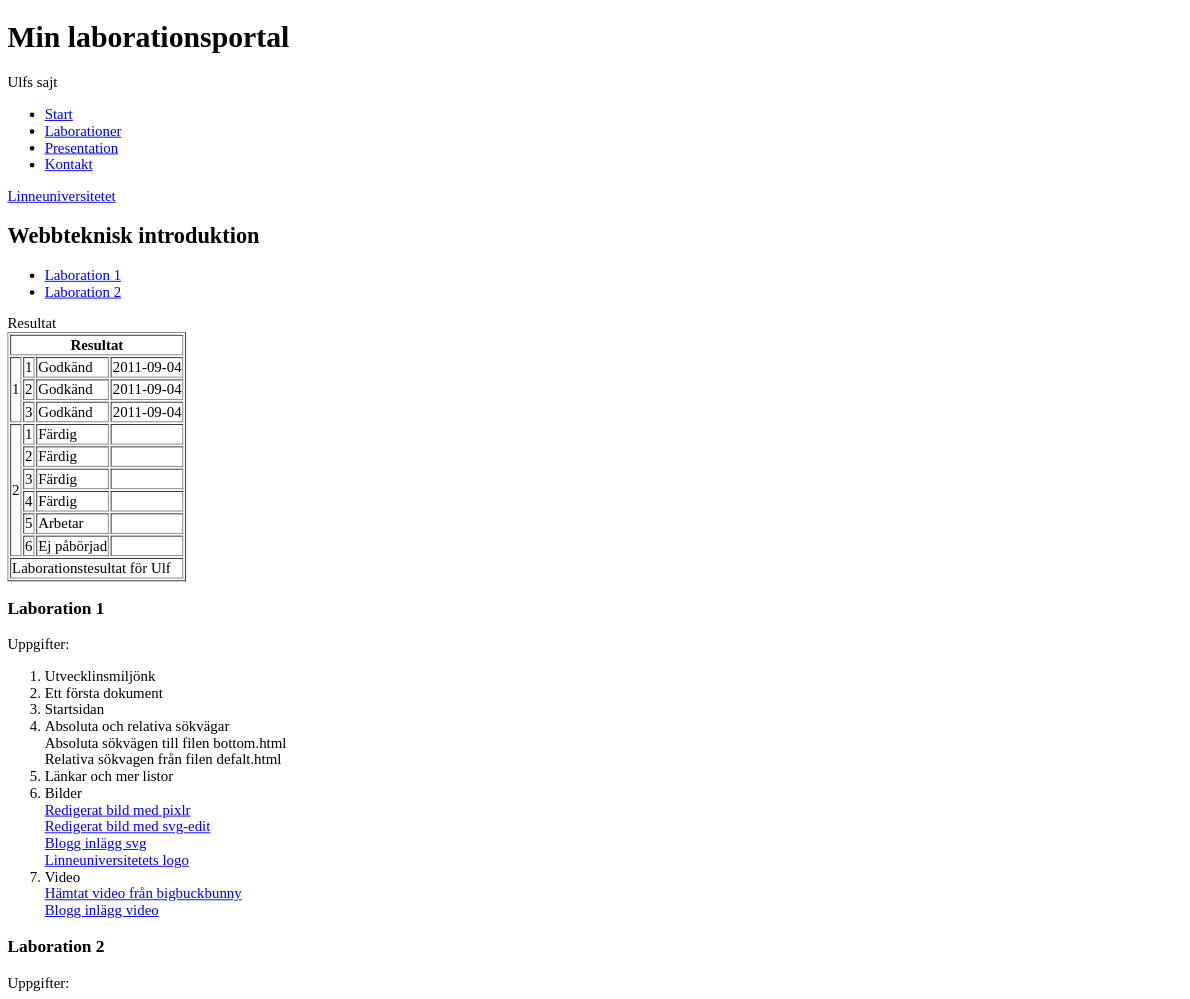
Repository: ulfek/laborationer
Page: pages/laborationer.html
The author's editor kept a record of every edit. The page is drawn from the files as they stood at one moment, then again after the next edit.
The browser window is 1280 px wide. The pictures show the whole page, at 93% of full size.

Above is the page before.

After the next edit:
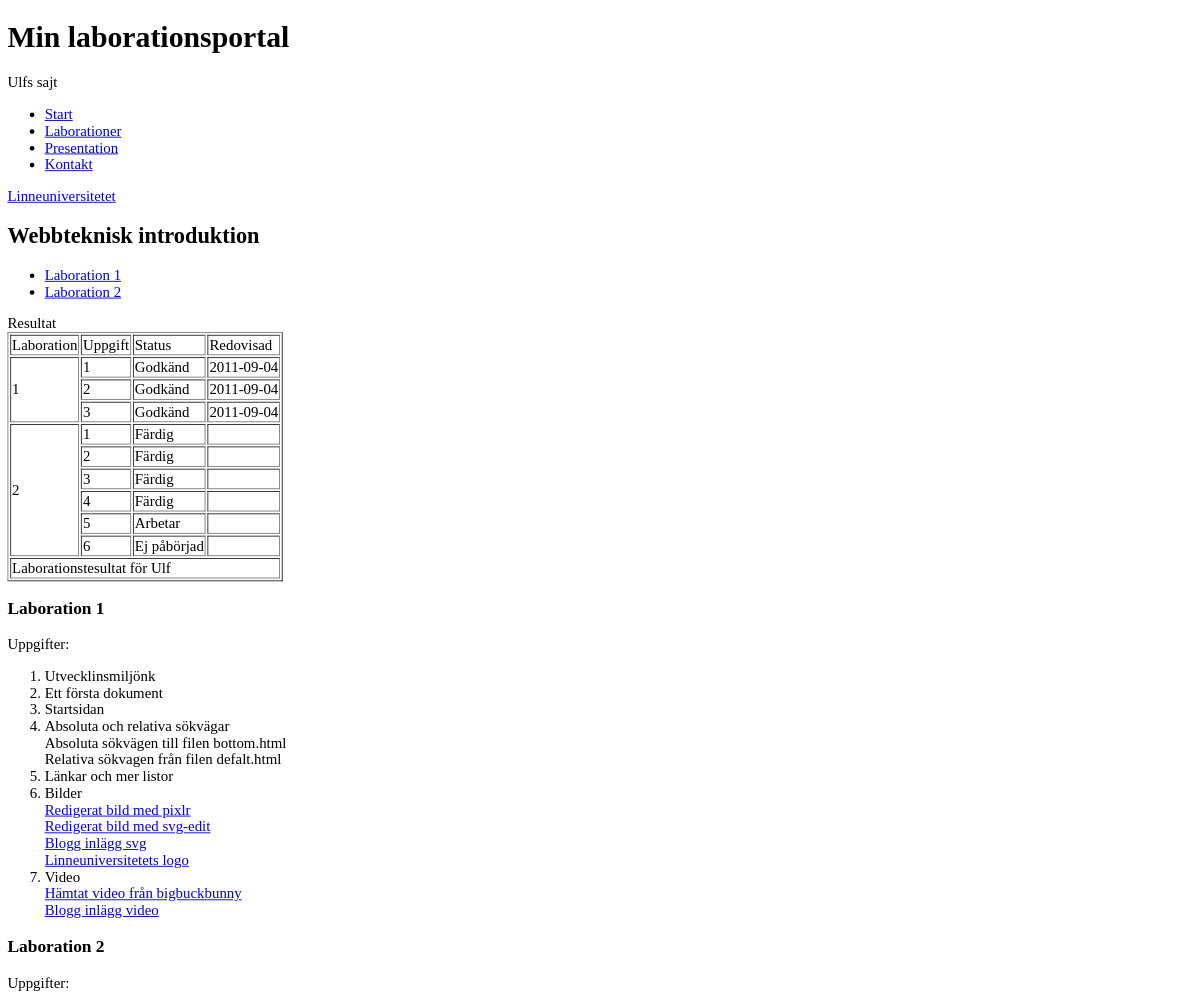
The edit:
--- a/pages/laborationer.html
+++ b/pages/laborationer.html
@@ -20,7 +20,7 @@
         </ul>
 
         <table border=1>Resultat
-            <thead><tr><th colspan=4>Resultat</th></tr></thead>
+            <thead><tr><td>Laboration</td><td>Uppgift</td><td>Status</td><td>Redovisad</td></tr></thead>
             <tfoot><tr><td colspan=4>Laborationstesultat för Ulf</td></tr></tfoot>
             <tbody>
 
